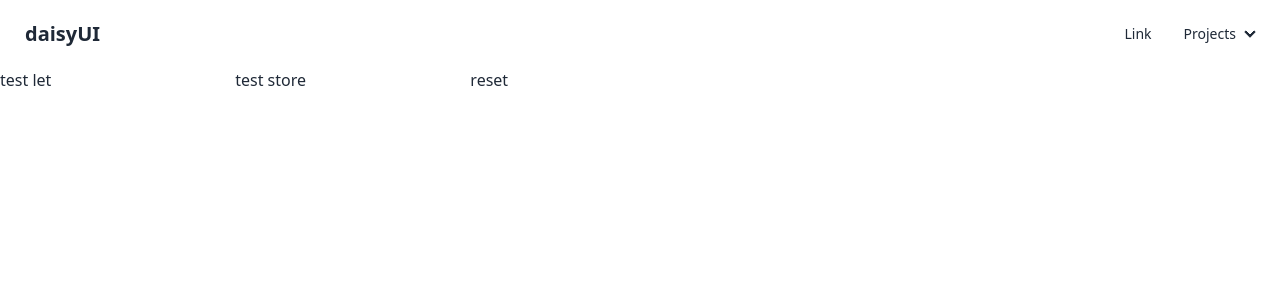
Repository: sibi24sibi/Crud-app-svelte
Page: /
An editor plug-in stored every save of this project. The page is shown before and after the next save, followed by the edit.
The browser window is 1280 px wide. The pictures show the whole page.
The project was rebuilt for these pictures with package versions that can differ from the ones it lists, and the page was loaded fresh each time. Also part of the build but not shown: svelte.config.js, vite.config.js, src/lib/Counter.svelte.

Above is the page before, as saved 2024-06-30 12:08:56.

After the next save:
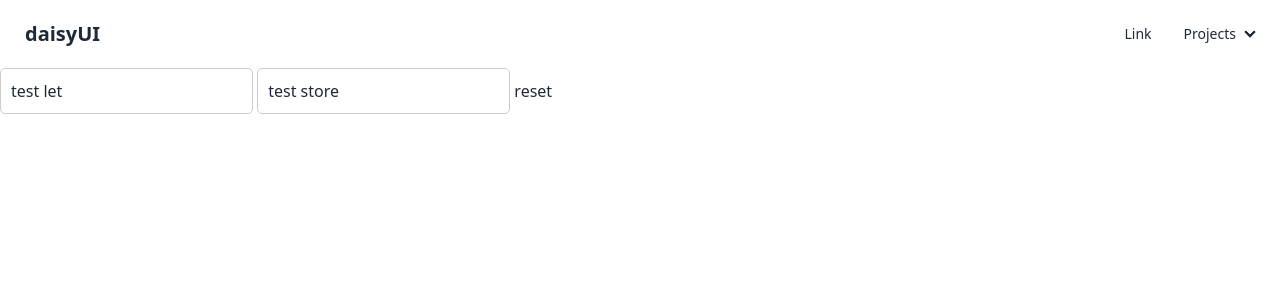
Saved 34 s later.
--- a/src/Components/Input.Svelte
+++ b/src/Components/Input.Svelte
@@ -4,3 +4,17 @@
 </script>
 
 <input {value} on:input={onInput} />
+
+<style>
+  input {
+    padding: 10px;
+    border-radius: 5px;
+    border: 1px solid #ccc;
+  }
+  h2 {
+    margin-top: 10px;
+  }
+  p {
+    margin-bottom: 10px;
+  }
+</style>
